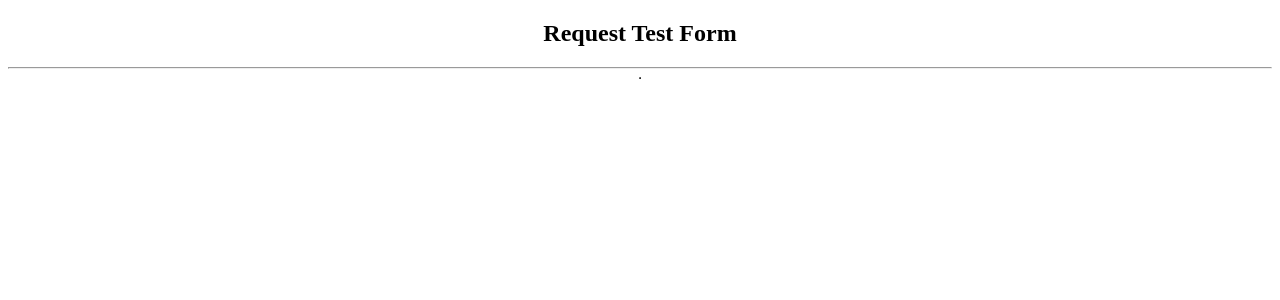
Repository: HyeonbinSa/JSPBook
Page: jspbook/WebContent/ch06/implicit.html
The author's editor kept a copy of each file at every save. The page is drawn from the files as they stood at one save, then again after the next save.
The browser window is 1280 px wide. The pictures show the whole page.

Above is the page before, as saved 2020-01-02 09:45:39.

### jspbook/WebContent/ch06/implicit.html
<!DOCTYPE html>
<html>
<head>
<meta charset="UTF-8">
<title>Request Test Form</title>
<script>
document.cookie="test=OK."
</script>
<style>
table{
	border-spacing : 1;
}
td, th{
	padding : 5px;
}
</style>
</head>
<body>
<div align="center">
<h2>Request Test Form</h2>
<hr>
<form name="form1" method="post" action="request_result.jsp">
	<table border=1>
	</table>
</form>
</div>
</body>
</html>

After the next save:
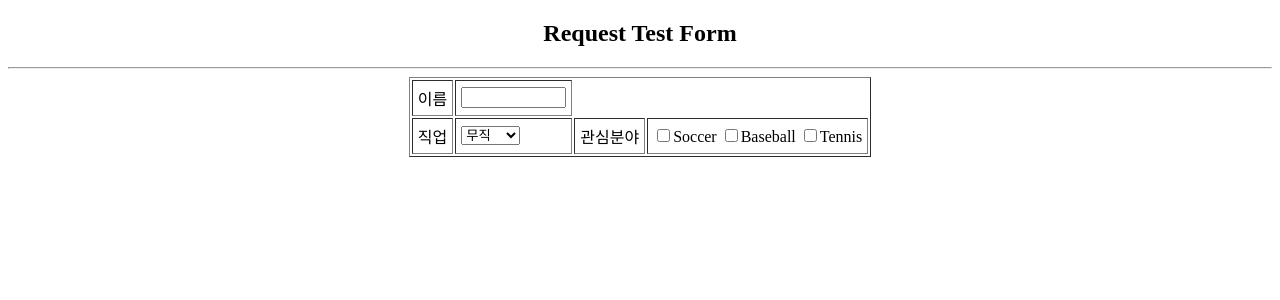
Saved 4 min 3 s later.
--- a/jspbook/WebContent/ch06/implicit.html
+++ b/jspbook/WebContent/ch06/implicit.html
@@ -21,6 +21,24 @@ td, th{
 <hr>
 <form name="form1" method="post" action="request_result.jsp">
 	<table border=1>
+		<tr>
+		<td>이름</td>
+		<td><input type=text size=10 name=username></td>
+		<tr>
+		<td>직업</td>
+		<td>
+		<select name="job">
+			<option selected>무직</option>
+			<option>회사원</option>
+			<option>학생</option>
+		</select>
+		</td>
+		<td>관심분야</td>
+		<td>
+			<input type="checkbox" name="favorite" value="soccer">Soccer
+			<input type="checkbox" name="favorite" value="baseball">Baseball
+			<input type="checkbox" name="favorite" value="Tennis">Tennis
+		</td>
 	</table>
 </form>
 </div>
